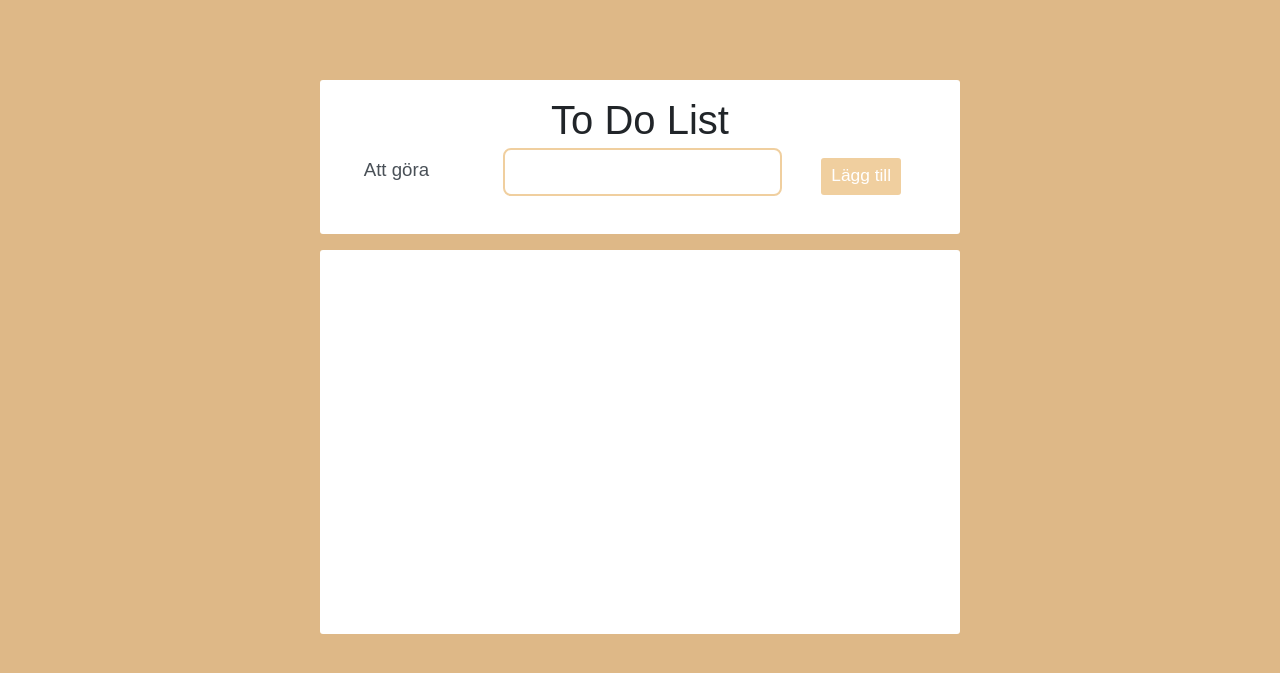
Repository: skepp4rn/todolist
Page: index.html
The author's editor kept a copy of each file at every save. The page is drawn from the files as they stood at one save, then again after the next save.
The browser window is 1280 px wide. The pictures show the whole page.
The page's requests for data from a server got no answer. Some web libraries are served in a nearby version.

Above is the page before, as saved 2021-01-28 12:27:10.

### index.html
<!DOCTYPE html>
<html lang="sv">
<head>
    <meta charset="UTF-8">
    <meta name="viewport" content="width=device-width, initial-scale=1.0">

    <script src="https://kit.fontawesome.com/ef4c0722a8.js" crossorigin="anonymous"></script>
    <link rel="stylesheet" href="https://cdn.jsdelivr.net/npm/bootstrap@4.5.3/dist/css/bootstrap.min.css" integrity="sha384-TX8t27EcRE3e/ihU7zmQxVncDAy5uIKz4rEkgIXeMed4M0jlfIDPvg6uqKI2xXr2" crossorigin="anonymous">
    <link rel="stylesheet" href="css/style.css">

    <title>To Do List</title>
</head>
<body>
    <div class="container">
        <div id="header">
            <h1>To Do List</h1>
        </div>

        <form class="form" id="form">
            <div class="form-control">
                <label>Att göra</label>
                <input type="text" id="addToDo">
                <i class="fas fa-check-circle"></i>
                <i class="fas fa-exclamation-circle"></i>
                <small>Error message</small>
            </div>

            <button id="btn">Lägg till</button>
        </form>
    </div>

    <div class="container2">
        <div id="list"></div>
    </div>

    <script src="https://code.jquery.com/jquery-3.5.1.slim.min.js" integrity="sha384-DfXdz2htPH0lsSSs5nCTpuj/zy4C+OGpamoFVy38MVBnE+IbbVYUew+OrCXaRkfj" crossorigin="anonymous"></script>
    <script src="https://cdn.jsdelivr.net/npm/bootstrap@4.5.3/dist/js/bootstrap.bundle.min.js" integrity="sha384-ho+j7jyWK8fNQe+A12Hb8AhRq26LrZ/JpcUGGOn+Y7RsweNrtN/tE3MoK7ZeZDyx" crossorigin="anonymous"></script>
    <script src="https://cdnjs.cloudflare.com/ajax/libs/uuid/8.1.0/uuidv4.min.js"></script>
    <script src="script.js"></script>
</body>

### css/style.css
*{
    box-sizing: border-box;
    margin: 0;
    padding: 0;
}

body {
    background-color: burlywood;
    font-family: Arial, Helvetica, sans-serif;
    display: grid;
    justify-content: center;
}

.container {
    width: 50vw;
    display: grid;
    justify-content: center;
    background-color: #ffffff;
    border-radius: 3px;
    margin-top: 5rem;
    padding-bottom: 2   rem;
    height: 12vw;
}

.container2 {
    width: 100%;
    display: grid;
    justify-content: center;
    background-color: #ffffff;
    border-radius: 3px;
    margin-top: 1rem;
    padding-bottom: 5rem;
    height: 30vw;
    overflow-y: auto;
}

#header {
    margin-top: 1rem;
    text-align: center;
}

#btn {
    border: none;
    border-radius: 3px;
    padding: 0.2rem;
    background-color: #f0cf9f;
    color: #ffffff;
    font-size: 13pt;
    width: 5rem;
    height: 2.3rem;
    align-self: center;
    margin-bottom: 200px;

}

.todobox {
    padding-top: 2rem;
    padding-bottom: 1rem;
    width: 32vw;
    display: grid;
    grid-template-columns: 5fr 1fr;
}

.knappar {
    display: grid;
    gap: 1rem;
}

.todoinput {
    display: flex;
    align-items: center;
}

.fa-trash {
    padding: 0.5rem;
    border: none;
    border-radius: 3px;
    color: #ffffff;
    background-color: #f0cf9f;
    width: 5rem;
}

.fa-undo {
    padding: 0.5rem;
    border: none;
    border-radius: 3px;
    color: #ffffff;
    background-color: #f0cf9f;
    width: 5rem;
}

.done {
    border: none;
    border-radius: 3px;
    padding: 0.2rem;
    background-color: #f0cf9f;
    color: #ffffff;
    font-family: Arial, Helvetica, sans-serif;
    font-size: 14pt;
    width: 4rem;
    height: 2.2rem;
}

.form-control {
    border: none;
    position: relative;
    height: 2rem;
    width: 100%;
    display: grid;
    grid-template-columns: 1fr 2fr;
    align-content: center;
}

.form label {
    display: flex;
    align-items: center;
    font-size: 14pt;
}


.form {
    display: grid;
    grid-template-columns: 3.3fr 1fr;
    justify-items: center;
    height: 70px;
}

.form-control input {
    border: 2px solid #f0cf9f;
    border-radius: 8px;
    display: block;
    width: 100%;
    margin-bottom: 0.2rem;
    padding: 1rem;
    font-family: Arial, Helvetica, sans-serif;
    font-size: 14pt;
    height: 3rem;
}

.form-control.error input {
    border-color: #e74c3c;
}

.form-control i {
    visibility: hidden;
    position: absolute;
    top: 2.4rem;
    right: 1.5rem;
}


.form-control.error i.fa-exclamation-circle {
    visibility: visible;
    color: #e74c3c;
}

.form-control small {
    visibility: hidden;
    position: absolute;
    bottom: 0;
    left: 7vw;
}

.form-control.error small {
    visibility: visible;
    color: #e74c3c;
}

### script.js
let ToDo = [];
let addToDos = document.getElementById('addToDo');
let form = document.getElementById('form');
let check = false;
let btn = document.getElementById('subbtn');
let list = document.querySelector('#list');
const fetchTodos = () => {
    fetch('https://jsonplaceholder.typicode.com/todos?_start20=&_limit=10')
    .then(res => res.json())
    .then(data => {
      ToDo = data;
      listelement(ToDo);
    })
}
fetchTodos();

const listelement = (ToDo) => {
    list.innerHTML = '';
    ToDo.forEach(todo => {
        list.innerHTML += newTodo(todo);
    })
    console.log(ToDo);
}

const newTodo = todo => {

    let template = todo.completed ? `
    <div id="${todo.id}" class="todoinput completed">
        <div class="todobox">
          <h3 class="title">${todo.title}</h3>
            <div class="knappar">
                <button class="fas fa-undo"></button>
                <button class="fas fa-trash"></button>
            </div>
        </div>
    </div>
    `
    : `
    <div id="${todo.id}" class="todoinput">
        <div class="todobox">
            <h3 class="title">${todo.title}</h3>
            <button class="done">Done</button>
        </div>
    </div>
    `
    return template
  }


  const createTodo = (title) => {

    fetch('https://jsonplaceholder.typicode.com/todos',{
      method: 'POST',
      headers: {
        'Content-type': 'application/json; charset=UTF-8'
      },
      body: JSON.stringify({
        title,
        completed: false
      })
    })
    .then(res => res.json())
    .then(data => {
        let _todo = {
            title: data.title,
            completed: data.completed,
            id: uuidv4()
        }
      console.log(data)
      ToDo.unshift(_todo);
      listelement(ToDo);
    })
}

form.addEventListener('submit', (e) => {
    e.preventDefault();

    checkInputs();

    if(check == true) {
        removeinput(addToDos);

        createTodo(addToDos.value)
        listelement(ToDo);

        addToDos.value = '';
    }
});

function checkInputs() {
    let addToDosValue = addToDos.value.trim();

    if(addToDosValue === ``) {
    setErrorFor(addToDos, `Du måste skriva något!`);

    } else {
        setSuccessFor(addToDos);
    }
}

function setErrorFor(input, message) {
    let formControl = input.parentElement;
    let small = formControl.querySelector('small');
    small.innerText = message;
    formControl.className = 'form-control error';
    check = false;
}

function setSuccessFor(input) {
    let formControl = input.parentElement;
    formControl.className = 'form-control success';
    check = true;
}

function removeinput(input) {
    let formControl = input.parentElement;
    formControl.className = 'form-control';
}

list.addEventListener('click', (e) => {
    if(e.target.classList.contains('done')) {
        complete(e.target.parentNode.parentNode.id)
    }
    else if(e.target.classList.contains('fa-undo')) {
        complete(e.target.parentNode.parentNode.parentNode.id)
    }
})

function complete(id) {
    ToDo.map(todo => {
        if(todo.id == id){
            todo.completed = !todo.completed
        }
        return todo
    })
    listelement(ToDo)
}

list.addEventListener('click', (e) => {

    if(e.target.classList.contains('fa-trash')) {
        ToDo = ToDo.filter(removetodo => removetodo.id != e.target.parentNode.parentNode.parentNode.id)
        listelement(ToDo)
    }
});

After the next save:
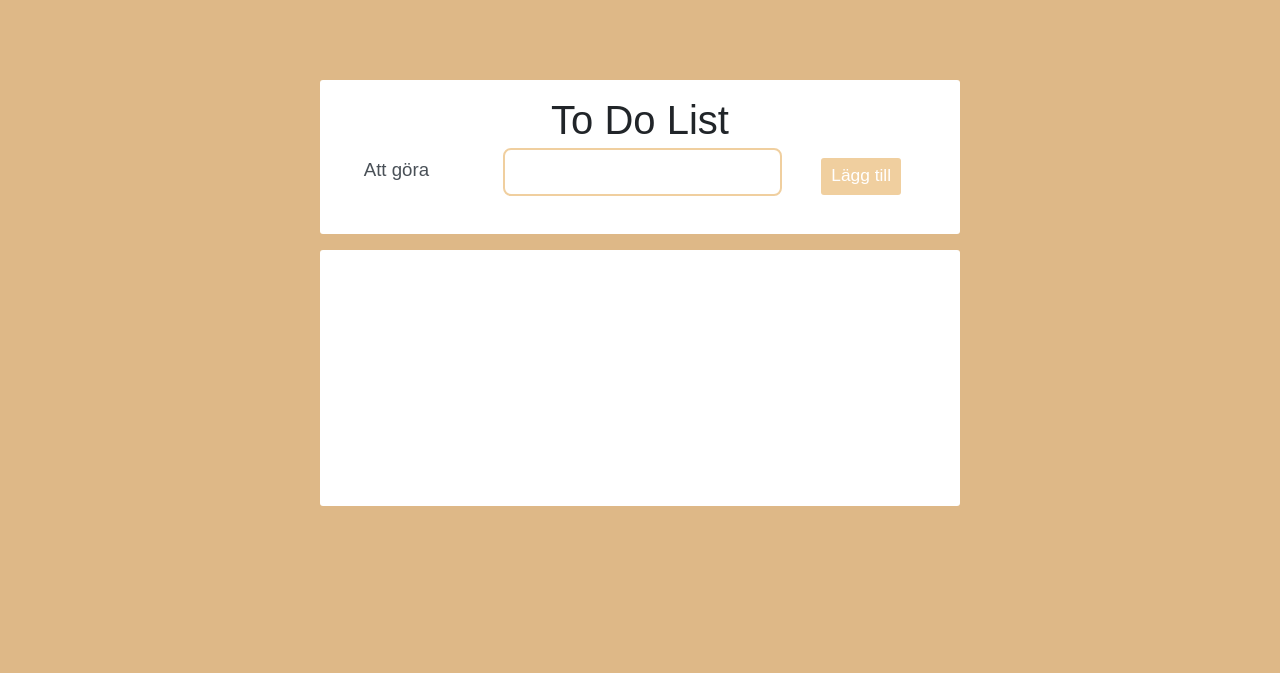
Saved 11 s later.
--- a/css/style.css
+++ b/css/style.css
@@ -30,7 +30,7 @@ body {
     border-radius: 3px;
     margin-top: 1rem;
     padding-bottom: 5rem;
-    height: 30vw;
+    height: 20vw;
     overflow-y: auto;
 }
 
